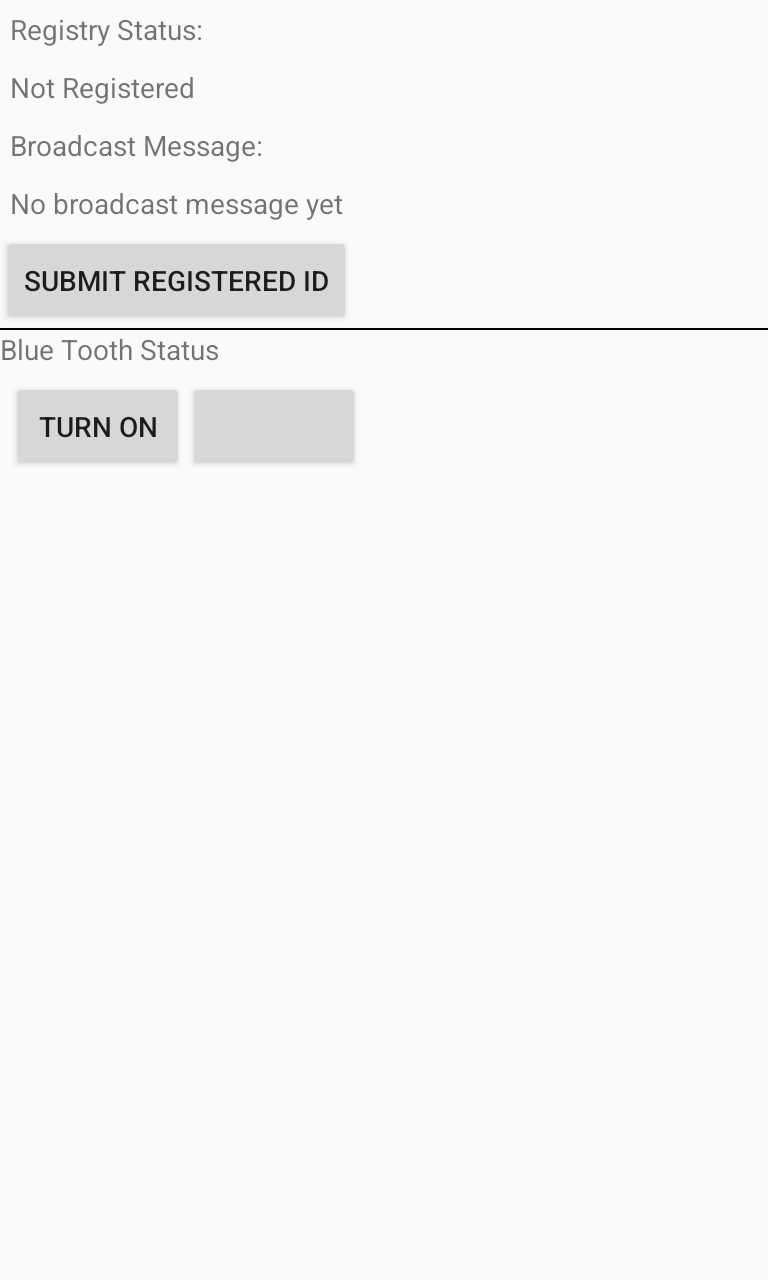
Repository: AlanTai/prjAppIntegration
Layout: prjCandyHouse/res/layout/activity_main.xml
The author's editor kept a copy of each file at every save. The layout is drawn from the files as they stood at one save, then again after the next save.
It is drawn on a 768 x 1280 px phone screen (xhdpi) without system bars, with theme AppTheme; the app's code is not run.

Above is the layout before, as saved 2014-11-09 17:35:38.

After the next save:
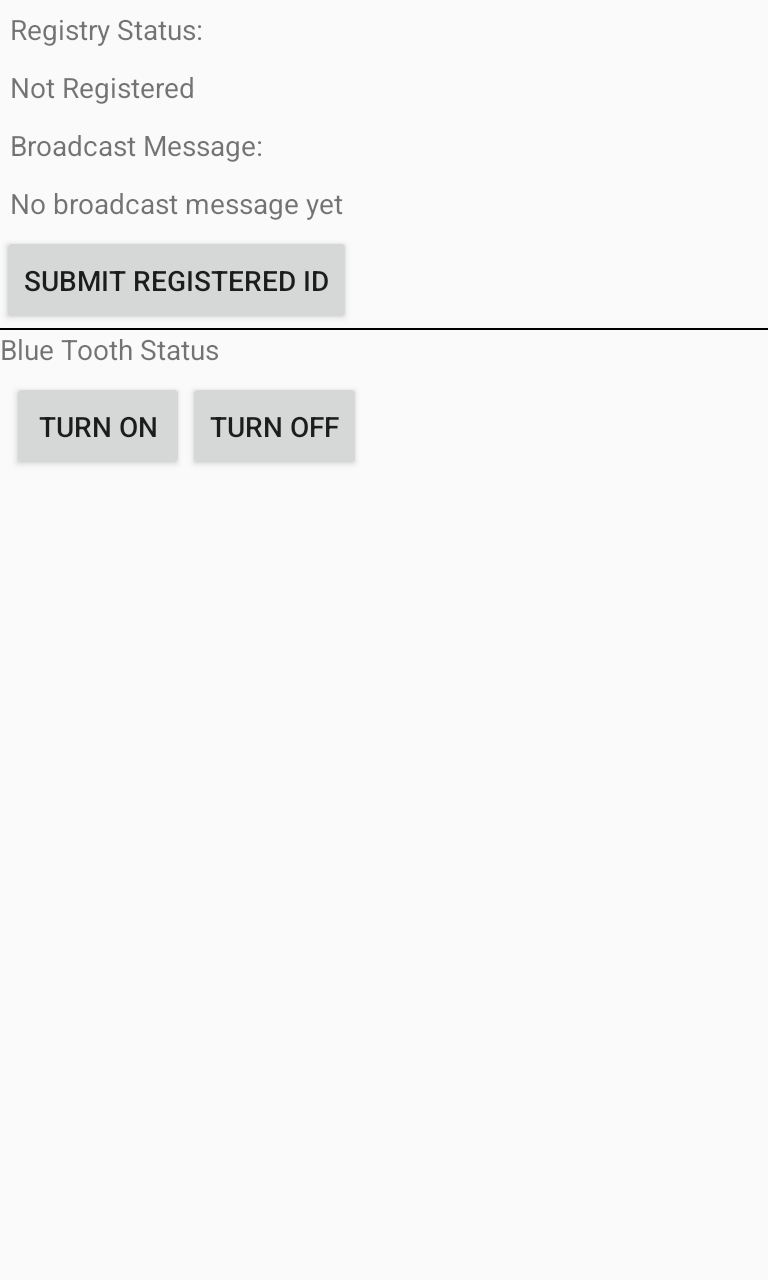
Saved 7 s later.
--- a/prjCandyHouse/res/layout/activity_main.xml
+++ b/prjCandyHouse/res/layout/activity_main.xml
@@ -66,7 +66,8 @@
         <Button
             android:id="@+id/btnTurnOff"
             android:layout_width="wrap_content"
-            android:layout_height="wrap_content"/>
+            android:layout_height="wrap_content"
+            android:text="@string/btnTurnOff"/>
 
     </LinearLayout>
 
